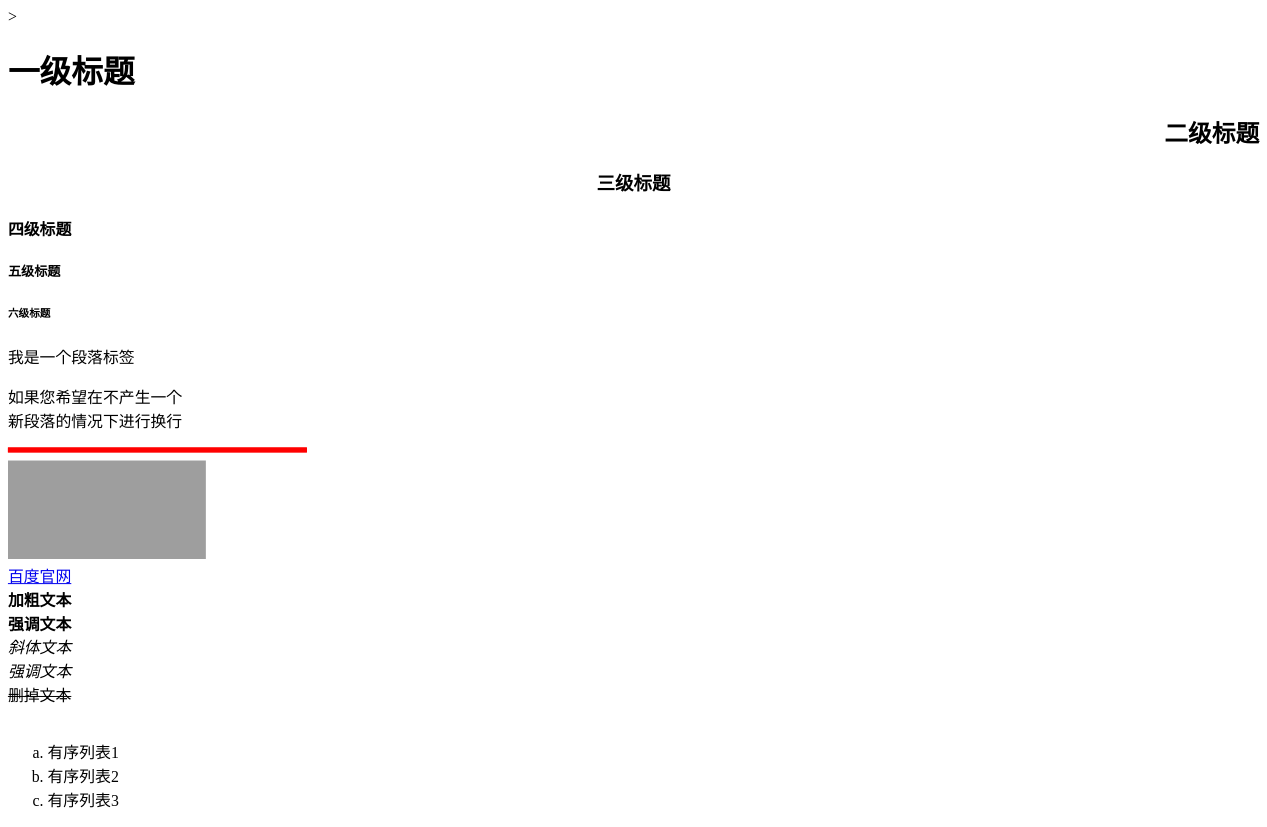
Repository: yuanliumaker/html-css-js
Page: hello.html
These files come from the project's save history. The page is drawn as it stood at one moment and after the next save; the edit follows.
The browser window is 1280 px wide. The pictures show the whole page, at 99% of full size.
Pictures or frames that could not be fetched are drawn as grey boxes.

Above is the page before, as saved 2025-08-28 19:57:26.

After the next save:
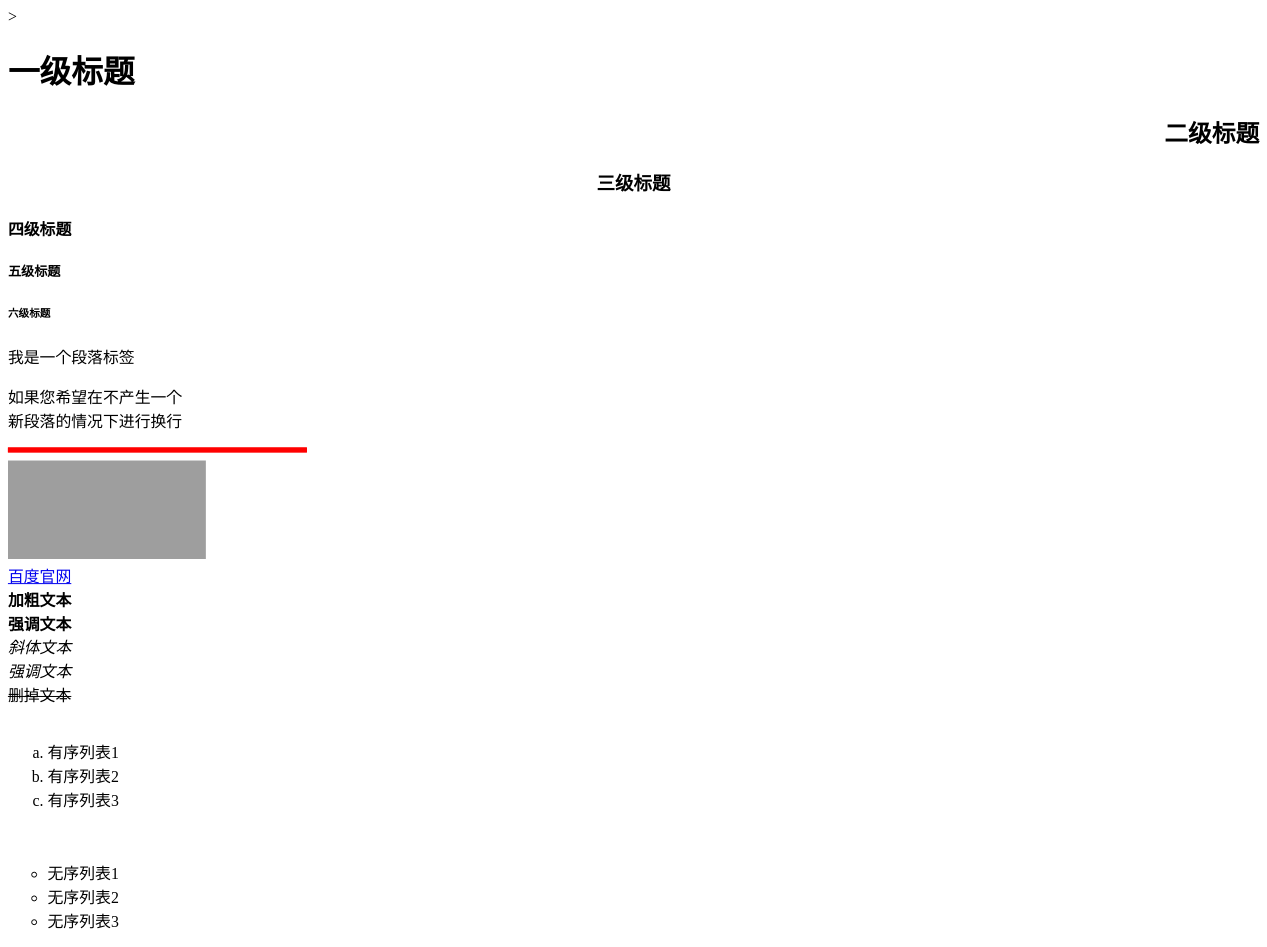
Saved 13 h 57 min later.
--- a/hello.html
+++ b/hello.html
@@ -40,5 +40,12 @@
         <li>有序列表2</li>
         <li>有序列表3</li>
     </ol>
+    <br>
+    <!--无序列表-->
+    <ul type="circle">
+        <li>无序列表1</li>
+        <li>无序列表2</li>
+        <li>无序列表3</li>
+    <ul>
 </body>
 </html>
